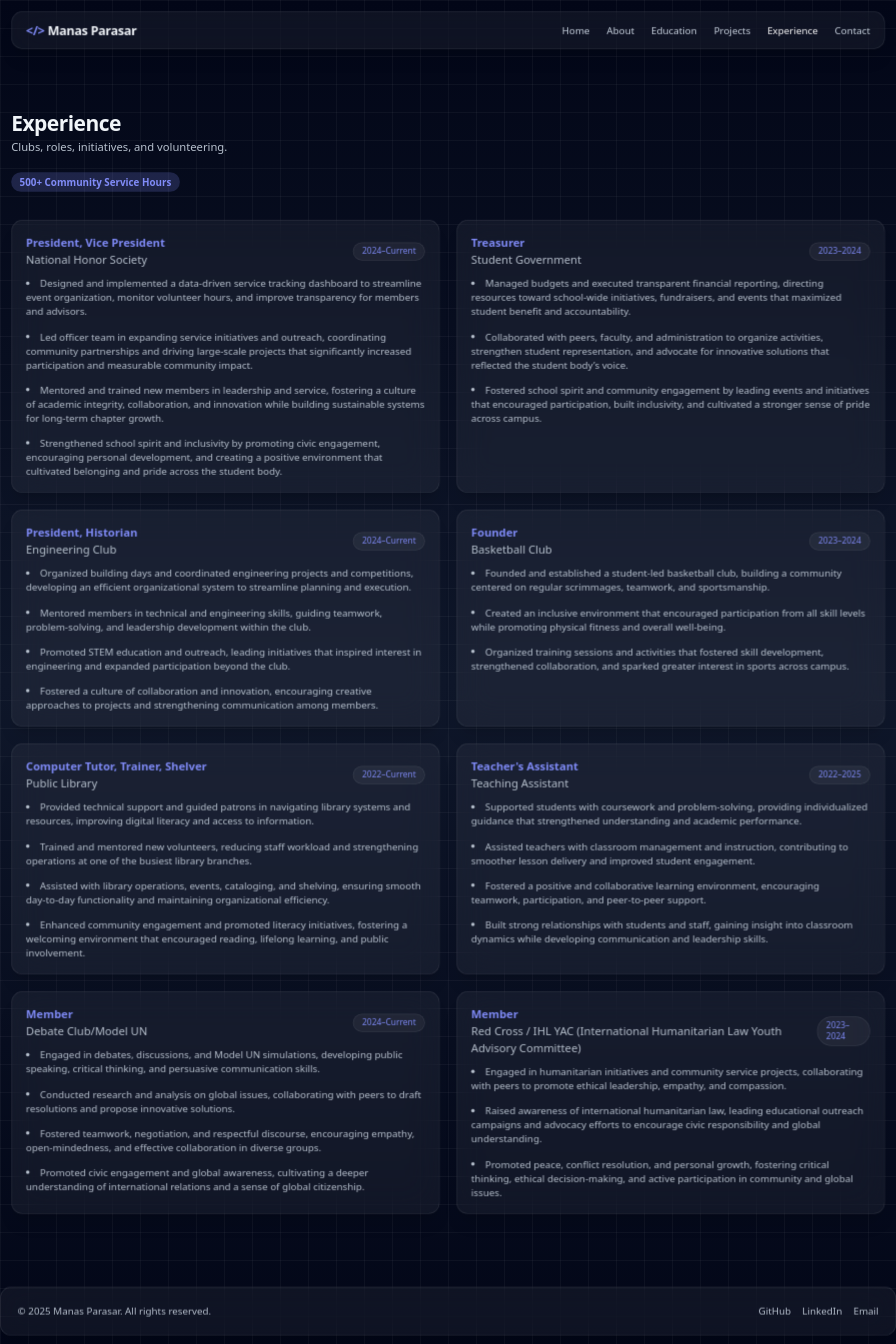
Repository: Manas-Parasar/portfolio-manas-parasar
Page: /experience
The author's editor kept a copy of each file at every save. The page is drawn from the files as they stood at one save, then again after the next save.
The browser window is 1280 px wide. The pictures show the part of the page from y = 0 to 1920 px (the page is 1948 px tall before and 3668 px after), at 70% of full size.
The project was rebuilt for these pictures with package versions that can differ from the ones it lists, and the page was loaded fresh each time. Also part of the build but not shown: vite.config.js, src/components/Hero.jsx, src/components/ProjectCard.jsx, src/pages/Home.jsx, src/pages/About.jsx, src/pages/Projects.jsx, src/pages/Contact.jsx. Imported but missing from the stored project, and not drawn on this page: src/assets/Manas Parasar Resume.pdf.

Above is the page before, as saved 2025-08-23 00:23:43.

### index.html
<!DOCTYPE html>
<html lang="en">
  <head>
    <meta charset="UTF-8" />
    <meta name="viewport" content="width=device-width, initial-scale=1.0" />
    <title>Manas Parasar Portfolio</title>
    <meta
      name="description"
      content="Portfolio of Manas Parasar: projects, leadership, research, and impact."
    />
    <link rel="icon" href="/PortfolioFavicon.png" />
  </head>
  <body
    class="min-h-screen bg-gradient-to-b from-slate-950 via-slate-900 to-slate-950 text-slate-100"
  >
    <div id="root"></div>
    <script type="module" src="/src/main.jsx"></script>
  </body>
</html>

### src/main.jsx
import { BrowserRouter } from "react-router-dom";
import "./index.css";
import React from "react";
import ReactDOM from "react-dom/client";
import App from "./App";

ReactDOM.createRoot(document.getElementById("root")).render(
  <React.StrictMode>
    <BrowserRouter>
      <App />
    </BrowserRouter>
  </React.StrictMode>
);

### src/index.css
@tailwind base;
@tailwind components;
@tailwind utilities;

html,
body {
  margin: 0;
  padding: 0;
  box-sizing: border-box;
  overscroll-behavior: none;
  overflow-x: hidden;
}

html {
  background-color: #0aa345; /* slate-900 */
}

html,
body {
  margin: 0;
  padding: 0;
  box-sizing: border-box;
}

html {
  background-color: #0f172a; /* slate-900 */
}

/* Subtle selection & scrollbar tweaks */
::selection {
  background: #175430;
  color: white;
}
::-webkit-scrollbar {
  width: 10px;
}
::-webkit-scrollbar-thumb {
  background: rgba(148, 184, 155, 0.4);
  border-radius: 999px;
}

/* Reusable utilities */
@layer utilities {
  .glass {
    @apply bg-white/5 backdrop-blur-xl border border-white/10 shadow-xl;
  }
  .btn {
    @apply inline-flex items-center gap-2 rounded-2xl px-5 py-2 font-medium transition;
  }
  .btn-primary {
    @apply btn bg-brand-600 hover:bg-brand-500 text-white;
  }
  .btn-ghost {
    @apply btn glass hover:bg-white/10;
  }
  .headline {
    @apply text-4xl md:text-5xl font-extrabold tracking-tight;
  }
  .subtle {
    @apply text-slate-300/90;
  }
}

### src/App.jsx
import { Routes, Route } from "react-router-dom";
import Navbar from "./components/Navbar";
import Footer from "./components/Footer";
import Home from "./pages/Home";
import About from "./pages/About";
import Projects from "./pages/Projects";
import Experience from "./pages/Experience";
import Contact from "./pages/Contact";
import Education from "./pages/Education";

export default function App() {
  return (
    <div className="min-h-screen flex flex-col bg-grid-sheer bg-grid-sheer bg-[length:40px_40px] overflow-hidden">
      <div className="absolute inset-0 -z-10 opacity-70" aria-hidden>
        <div className="absolute -top-40 -left-40 h-96 w-96 rounded-full bg-brand-500 blur-[120px] opacity-30 animate-float" />
      </div>
      <Navbar />
      <main className="container py-10 flex-grow">
        <Routes>
          <Route path="/" element={<Home />} />
          <Route path="/about" element={<About />} />
          <Route path="/education" element={<Education />} />
          <Route path="/projects" element={<Projects />} />
          <Route path="/experience" element={<Experience />} />
          <Route path="/contact" element={<Contact />} />
        </Routes>
      </main>
      <Footer />
    </div>
  );
}

### src/components/Navbar.jsx
import { Link, NavLink } from "react-router-dom";
import { Menu, X } from "lucide-react";
import { useState } from "react";

export default function Navbar() {
  const [open, setOpen] = useState(false);
  const nav = [
    { to: "/", label: "Home" },
    { to: "/about", label: "About" },
    { to: "/education", label: "Education" },
    { to: "/projects", label: "Projects" },
    { to: "/experience", label: "Experience" },
    { to: "/contact", label: "Contact" },
  ];

  const NavItems = ({ onClick }) => (
    <ul className="flex flex-col md:flex-row gap-4 md:gap-6 text-sm">
      {nav.map((n) => (
        <li key={n.to}>
          <NavLink
            to={n.to}
            onClick={onClick}
            className={({ isActive }) =>
              `transition hover:text-white ${
                isActive ? "text-white" : "text-slate-300"
              }`
            }
          >
            {n.label}
          </NavLink>
        </li>
      ))}
    </ul>
  );

  return (
    <header className="sticky top-0 z-50">
      <div className="container mt-4">
        <div className="glass rounded-2xl px-5 py-3 flex items-center justify-between">
          <Link to="/" className="font-black tracking-tight text-lg">
            <span className="text-brand-400">&lt;/&gt;</span> Manas Parasar
          </Link>
          <nav className="hidden md:block">
            <NavItems />
          </nav>
          <button
            className="md:hidden btn-ghost"
            onClick={() => setOpen(!open)}
            aria-label="Toggle Menu"
          >
            {open ? <X size={20} /> : <Menu size={20} />}
          </button>
        </div>
        {open && (
          <div className="md:hidden mt-2 glass rounded-2xl px-5 py-4">
            <NavItems onClick={() => setOpen(false)} />
          </div>
        )}
      </div>
    </header>
  );
}

### src/components/Footer.jsx
export default function Footer() {
  return (
    <footer className="mt-16 pb-10">
      <div className="container glass rounded-2xl p-6 flex flex-col md:flex-row items-center justify-between gap-4">
        <p className="text-sm subtle">
          © {new Date().getFullYear()} Manas Parasar. All rights reserved.
        </p>
        <div className="text-sm subtle flex gap-4">
          <a
            href="https://github.com/"
            target="_blank"
            className="hover:text-white"
          >
            GitHub
          </a>
          <a
            href="https://linkedin.com/"
            target="_blank"
            className="hover:text-white"
          >
            LinkedIn
          </a>
          <a href="mailto:manas@example.com" className="hover:text-white">
            Email
          </a>
        </div>
      </div>
    </footer>
  );
}

### src/pages/Experience.jsx
import { TimelineItem } from "../components/TimelineItem";
import Section from "../components/Section";

export default function Experience() {
  return (
    <>
      <Section
        title="Experience"
        subtitle="Clubs, roles, initiatives, and volunteering."
      >
        <div className="mb-4 w-fit">
          <span className="inline-block bg-brand-400/20 rounded-full px-3 py-1 text-sm font-semibold text-brand-400">
            500+ Community Service Hours
          </span>
        </div>
        <div className="grid md:grid-cols-2 gap-6">
          <TimelineItem
            org="National Honor Society"
            role="President, Vice President"
            period="2024–Current"
            points={[
              "Designed and implemented a data-driven service tracking dashboard to streamline event organization, monitor volunteer hours, and improve transparency for members and advisors.",
              "Led officer team in expanding service initiatives and outreach, coordinating community partnerships and driving large-scale projects that significantly increased participation and measurable community impact.",
              "Mentored and trained new members in leadership and service, fostering a culture of academic integrity, collaboration, and innovation while building sustainable systems for long-term chapter growth.",
              "Strengthened school spirit and inclusivity by promoting civic engagement, encouraging personal development, and creating a positive environment that cultivated belonging and pride across the student body.",
            ]}
          />
          <TimelineItem
            org="Student Government"
            role="Treasurer"
            period="2023–2024"
            points={[
              "Managed budgets and executed transparent financial reporting, directing resources toward school-wide initiatives, fundraisers, and events that maximized student benefit and accountability.",
              "Collaborated with peers, faculty, and administration to organize activities, strengthen student representation, and advocate for innovative solutions that reflected the student body’s voice.",
              "Fostered school spirit and community engagement by leading events and initiatives that encouraged participation, built inclusivity, and cultivated a stronger sense of pride across campus.",
            ]}
          />
          <TimelineItem
            org="Engineering Club"
            role="President, Historian"
            period="2024–Current"
            points={[
              "Organized building days and coordinated engineering projects and competitions, developing an efficient organizational system to streamline planning and execution.",
              "Mentored members in technical and engineering skills, guiding teamwork, problem-solving, and leadership development within the club.",
              "Promoted STEM education and outreach, leading initiatives that inspired interest in engineering and expanded participation beyond the club.",
              "Fostered a culture of collaboration and innovation, encouraging creative approaches to projects and strengthening communication among members.",
            ]}
          />
          <TimelineItem
            org="Basketball Club"
            role="Founder"
            period="2023–2024"
            points={[
              "Founded and established a student-led basketball club, building a community centered on regular scrimmages, teamwork, and sportsmanship.",
              "Created an inclusive environment that encouraged participation from all skill levels while promoting physical fitness and overall well-being.",
              "Organized training sessions and activities that fostered skill development, strengthened collaboration, and sparked greater interest in sports across campus.",
            ]}
          />
          <TimelineItem
            org="Public Library"
            role="Computer Tutor, Trainer, Shelver"
            period="2022–Current"
            points={[
              "Provided technical support and guided patrons in navigating library systems and resources, improving digital literacy and access to information.",
              "Trained and mentored new volunteers, reducing staff workload and strengthening operations at one of the busiest library branches.",
              "Assisted with library operations, events, cataloging, and shelving, ensuring smooth day-to-day functionality and maintaining organizational efficiency.",
              "Enhanced community engagement and promoted literacy initiatives, fostering a welcoming environment that encouraged reading, lifelong learning, and public involvement.",
            ]}
          />
          <TimelineItem
            org="Teaching Assistant"
            role="Teacher's Assistant"
            period="2022–2025"
            points={[
              "Supported students with coursework and problem-solving, providing individualized guidance that strengthened understanding and academic performance.",
              "Assisted teachers with classroom management and instruction, contributing to smoother lesson delivery and improved student engagement.",
              "Fostered a positive and collaborative learning environment, encouraging teamwork, participation, and peer-to-peer support.",
              "Built strong relationships with students and staff, gaining insight into classroom dynamics while developing communication and leadership skills.",
            ]}
          />
          <TimelineItem
            org="Debate Club/Model UN"
            role="Member"
            period="2024–Current"
            points={[
              "Engaged in debates, discussions, and Model UN simulations, developing public speaking, critical thinking, and persuasive communication skills.",
              "Conducted research and analysis on global issues, collaborating with peers to draft resolutions and propose innovative solutions.",
              "Fostered teamwork, negotiation, and respectful discourse, encouraging empathy, open-mindedness, and effective collaboration in diverse groups.",
              "Promoted civic engagement and global awareness, cultivating a deeper understanding of international relations and a sense of global citizenship.",
            ]}
          />
          <TimelineItem
            org="Red Cross / IHL YAC (International Humanitarian Law Youth Advisory Committee) "
            role="Member"
            period="2023–2024"
            points={[
              "Engaged in humanitarian initiatives and community service projects, collaborating with peers to promote ethical leadership, empathy, and compassion.",
              "Raised awareness of international humanitarian law, leading educational outreach campaigns and advocacy efforts to encourage civic responsibility and global understanding.",
              "Promoted peace, conflict resolution, and personal growth, fostering critical thinking, ethical decision-making, and active participation in community and global issues.",
            ]}
          />
        </div>
      </Section>
    </>
  );
}

### src/pages/Education.jsx
import { FaJava } from "react-icons/fa";
import {
  SiJavascript,
  SiReact,
  SiPython,
  SiFirebase,
  SiTailwindcss,
  SiGit,
  SiHtml5,
  SiCss3,
  SiCplusplus,
} from "react-icons/si";
import React from "react";

const skills = [
  { name: "Java", icon: <FaJava />, color: "text-red-500" },
  { name: "React", icon: <SiReact />, color: "text-blue-500" },
  { name: "Python", icon: <SiPython />, color: "text-yellow-500" },
  { name: "Firebase", icon: <SiFirebase />, color: "text-yellow-400" },
  { name: "Tailwind", icon: <SiTailwindcss />, color: "text-teal-500" },
  { name: "Git", icon: <SiGit />, color: "text-orange-600" },
  { name: "HTML", icon: <SiHtml5 />, color: "text-orange-500" },
  { name: "CSS", icon: <SiCss3 />, color: "text-blue-600" },
  { name: "JavaScript", icon: <SiJavascript />, color: "text-yellow-300" },
  { name: "C++", icon: <SiCplusplus />, color: "text-blue-700" },
];

export default function Education() {
  return (
    <div className="space-y-6">
      <div className="glass rounded-3xl p-6 hover:shadow-glow transition">
        <h3 className="font-semibold mb-2 text-2xl text-brand-400">College</h3>
        <div className="subtle">
          <p className="font-bold">Paradise Valley Community College</p>
          <p>Associate of Science in Computer Science</p>
          <p>Expected Graduation: May 2026</p>
          <br />
          <p>Associate of Science in Physics</p>
          <p>Expected Graduation: May 2026</p>
          <br />
          <p>Associate of Arts in Mathematics</p>
          <p>Expected Graduation: May 2026</p>
        </div>
      </div>
      <div className="glass rounded-3xl p-6 hover:shadow-glow transition">
        <h3 className="font-semibold mb-2 text-2xl text-brand-400">
          High School
        </h3>
        <div className="subtle">
          <p className="font-bold">
            Arizona Agribusiness & Equine Center - Paradise Valley
          </p>
          <p>High School Diploma</p>
          <p>May 2026</p>
          <p>Phoenix, AZ</p>
        </div>
      </div>
      <div className="glass rounded-3xl p-6 hover:shadow-glow transition">
        <h3 className="font-semibold mb-2 text-2xl text-brand-400">
          Academics & Scores
        </h3>
        <ul className="subtle list-disc list-inside space-y-1">
          <li>Digital SAT: 1530 (770 Math, 760 English)</li>
          <li>ACT: 35 (36 Math, 36 Science, 36 English, 33 Reading)</li>
          <li>GPA: 4.00 (Unweighted)</li>
        </ul>
      </div>
      <div className="glass rounded-3xl p-6 hover:shadow-glow transition">
        <h3 className="font-semibold mb-2 text-2xl text-brand-400">
          Related Coursework
        </h3>
        <div className="grid grid-cols-1 md:grid-cols-2 gap-4 subtle">
          <div>
            <ul className="list-disc list-inside space-y-1">
              <li>Geometry 1-2</li>
              <li>Algebra 3-4</li>
              <li>Pre-Calculus 1-2</li>
              <li>College Algebra/Functions (MAT151)</li>
              <li>Calculus with Analytical Geometry I (MAT220)</li>
              <li>Calculus with Analytical Geometry II (MAT230)</li>
              <li>Biology 1-2</li>
            </ul>
          </div>
          <div>
            <ul className="list-disc list-inside space-y-1">
              <li>Chemistry 1-2</li>
              <li>University Physics I: Mechanics (PHY121)</li>
              <li>Introduction to Computer Science (Java) (CSC110AB)</li>
              <li>
                Object Oriented Programming and Data Structures (CSC205AC)
              </li>
              <li>Digital Design Fundamentals (CSC120)</li>
              <li>
                Introduction to Different Programming Languages (CSC240AA)
              </li>
              <li>Introduction to Logic (PHI103)</li>
            </ul>
          </div>
        </div>
      </div>
      <div className="glass rounded-3xl p-6 hover:shadow-glow transition">
        <h3 className="font-semibold mb-2 text-2xl text-brand-400">Skills</h3>
        <div className="grid grid-cols-2 md:grid-cols-4 gap-4">
          {skills.map((skill, index) => (
            <React.Fragment key={skill.name}>
              {index === 8 && <div className="hidden md:block col-span-1" />}
              <div className="flex items-center gap-4 bg-white/5 p-4 rounded-lg transition-all duration-300 ease-in-out hover:bg-white/10 hover:scale-105 hover:shadow-glow">
                <div className={`text-4xl ${skill.color}`}>{skill.icon}</div>
                <div>
                  <h4 className="font-bold">{skill.name}</h4>
                </div>
              </div>
            </React.Fragment>
          ))}
        </div>
      </div>
    </div>
  );
}

### src/components/Section.jsx
export default function Section({ title, subtitle, children, cta }) {
  return (
    <section className="mt-12">
      <div className="flex items-end justify-between gap-4 mb-6">
        <div>
          <h2 className="text-2xl md:text-3xl font-bold tracking-tight">
            {title}
          </h2>
          {subtitle && <p className="subtle mt-1">{subtitle}</p>}
        </div>
        {cta}
      </div>
      <div className="grid gap-6">{children}</div>
    </section>
  );
}

### src/components/TimelineItem.jsx
export function TimelineItem({ org, role, period, points = [] }) {
  return (
    <div className="glass rounded-2xl p-5 hover:shadow-glow transition">
      <div className="flex flex-col md:flex-row md:items-center md:justify-between">
        <div>
          <h3 className="font-semibold text-brand-400">{role}</h3>
          <p className="subtle">{org}</p>
        </div>
        <span className="text-xs mt-2 md:mt-0 px-3 py-1 rounded-full bg-white/5 border border-white/10 text-brand-400">
          {period}
        </span>
      </div>
      {points?.length > 0 && (
        <ul className="list-disc list-inside mt-3 text-sm subtle space-y-4">
          {points.map((p, i) => (
            <li key={i}>{p}</li>
          ))}
        </ul>
      )}
    </div>
  );
}

### tailwind.config.js
/** @type {import('tailwindcss').Config} */
export default {
  content: ["./index.html", "./src/**/*.{js,jsx,ts,tsx}"],
  theme: {
    extend: {
      container: { center: true, padding: "1rem" },
      fontFamily: {
        display: ["Inter", "ui-sans-serif", "system-ui"],
      },
      colors: {
        brand: {
          50: "#eef2ff",
          100: "#e0e7ff",
          200: "#c7d2fe",
          300: "#a5b4fc",
          400: "#818cf8",
          500: "#6366f1",
          600: "#4f46e5",
          700: "#4338ca",
          800: "#3730a3",
          900: "#312e81",
        },
      },
      boxShadow: {
        glow: "0 0 0 0 rgba(99,102,241,0.5), 0 0 80px 10px rgba(99,102,241,0.25)",
      },
      backgroundImage: {
        "grid-sheer":
          "linear-gradient(rgba(255,255,255,0.04) 1px, transparent 1px), linear-gradient(90deg, rgba(255,255,255,0.04) 1px, transparent 1px)",
      },
      backgroundSize: {
        "grid-sheer": "40px 40px",
      },
      animation: {
        float: "float 6s ease-in-out infinite",
        shimmer: "shimmer 4s linear infinite",
      },
      keyframes: {
        float: {
          "0%, 100%": { transform: "translateY(0px)" },
          "50%": { transform: "translateY(-10px)" },
        },
        shimmer: {
          "0%": { backgroundPosition: "-200% 0" },
          "100%": { backgroundPosition: "200% 0" },
        },
      },
    },
  },
  plugins: [],
};

After the next save:
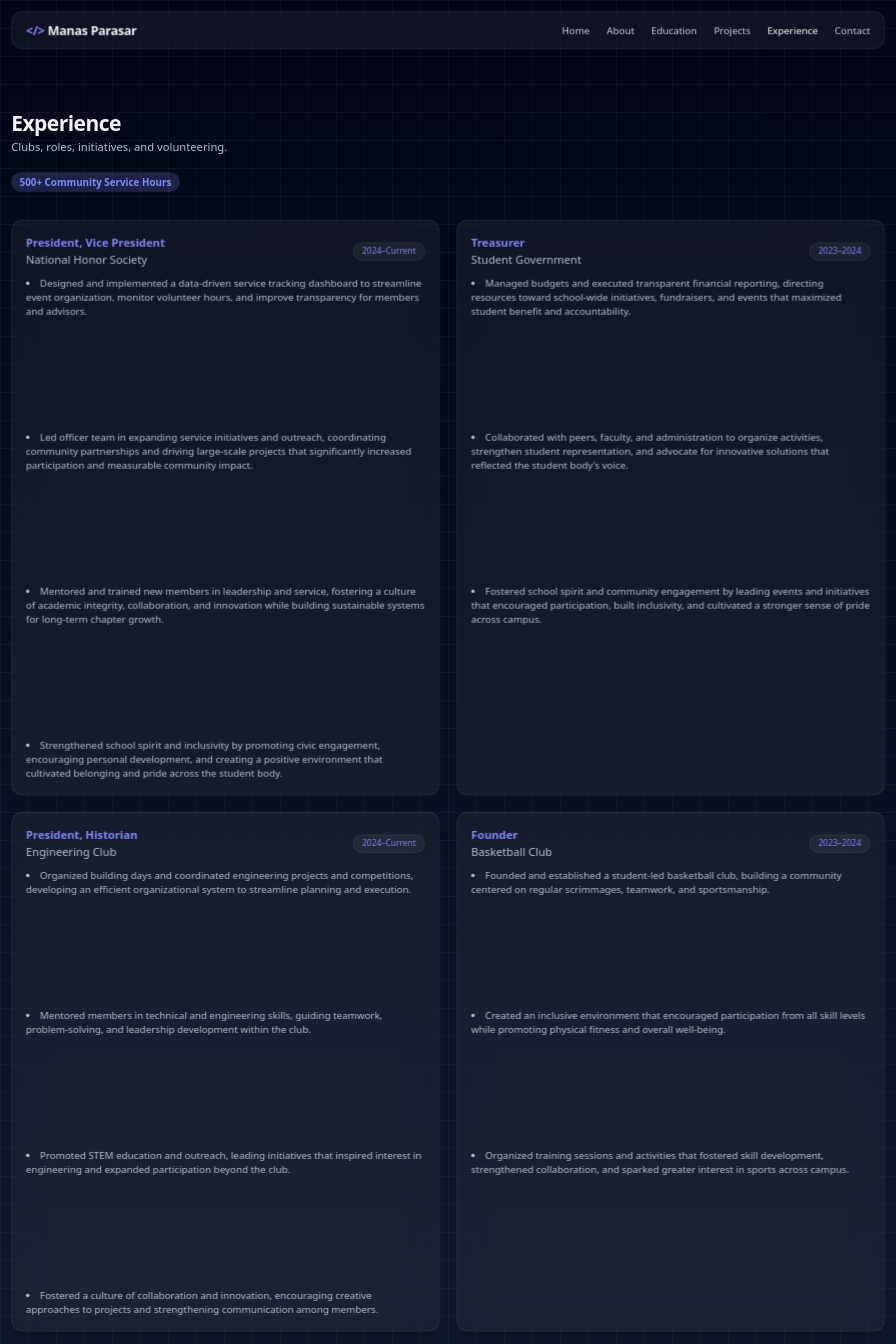
Saved 4 s later.
--- a/src/components/TimelineItem.jsx
+++ b/src/components/TimelineItem.jsx
@@ -11,7 +11,7 @@ export function TimelineItem({ org, role, period, points = [] }) {
         </span>
       </div>
       {points?.length > 0 && (
-        <ul className="list-disc list-inside mt-3 text-sm subtle space-y-4">
+        <ul className="list-disc list-inside mt-3 text-sm subtle space-y-40">
           {points.map((p, i) => (
             <li key={i}>{p}</li>
           ))}
